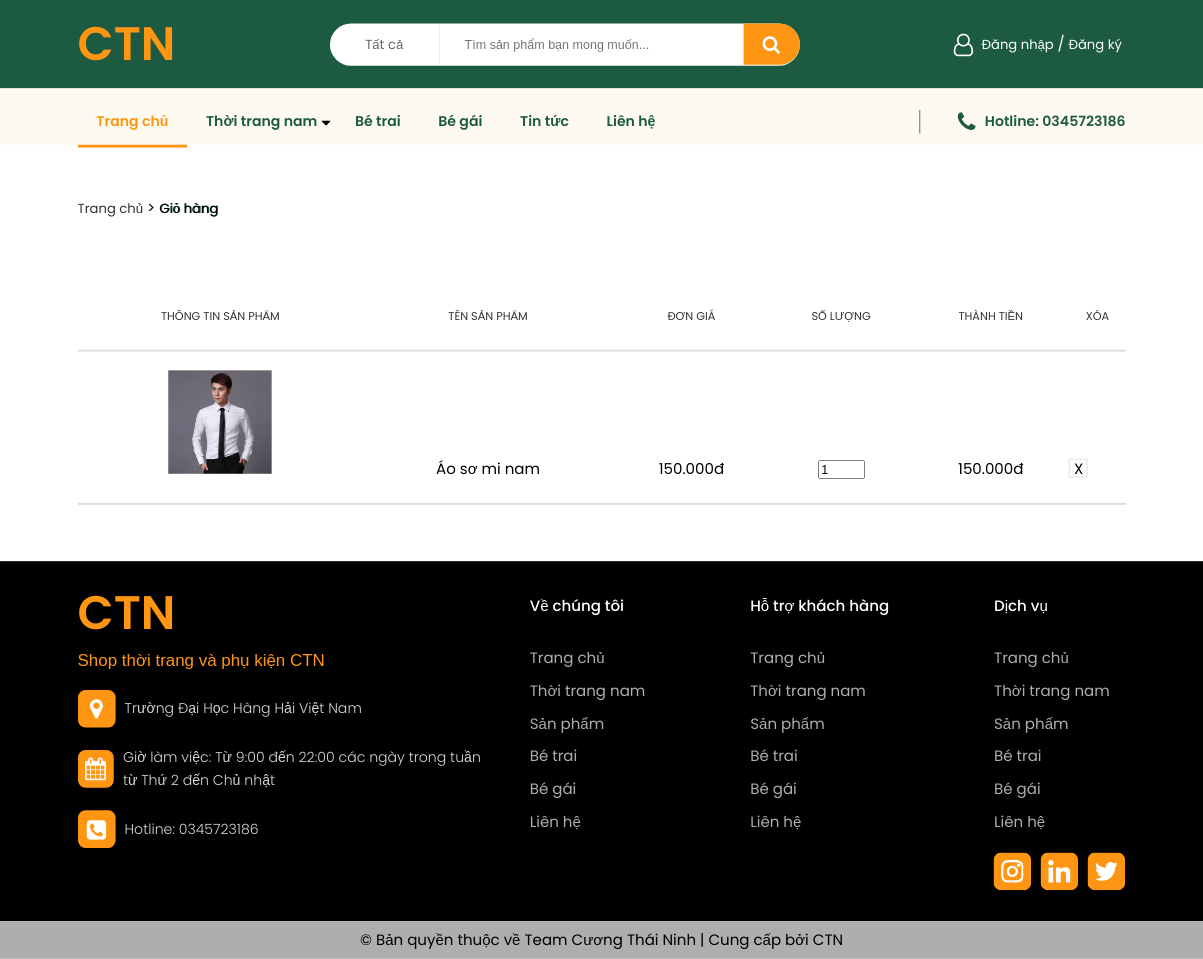
Repository: cuongchua2k2/BaiTapLon-web
Page: cart.html
These files come from the project's save history. The page is drawn as it stood at one moment and after the next save; the edit follows.
The browser window is 1280 px wide. The pictures show the whole page, at 94% of full size.

Above is the page before, as saved 2023-12-23 11:18:06.
Console error: TypeError: Cannot read properties of null (reading 'style')

### cart.html
<!DOCTYPE html>
<html lang="en">
  <head>
    <meta charset="UTF-8" />
    <meta name="viewport" content="width=device-width, initial-scale=1.0" />
    <!-- reset css -->
    <link rel="stylesheet" href="./assets/css/reset.css" />
    <!-- style css -->
    <link rel="stylesheet" href="./assets/css/style.css" />
    <!-- icon -->
    <link
      rel="stylesheet"
      href="https://cdnjs.cloudflare.com/ajax/libs/font-awesome/4.7.0/css/font-awesome.min.css"
    />
    <!-- font  -->
    <link rel="stylesheet" href="./assets/font/stylesheet.css" />
    <title>Bài tập lớn - shop bán quần áo</title>
    <script src="./assets/javascript/app.js"></script>
  </head>
  <body>
    <!-- header -->
    <div id="home"></div>
    <header>
      <div id="header">
        <div class="content">
          <!-- header-nav -->
          <div class="nav">
            <div class="nav__logo">
              <a href="./index.html"><span class="logo__content">CTN</span></a>
            </div>
            <!-- search -->
            <div class="nav__search">
              <p class="nav__desc">Tất cả</p>
              <input
                type="text"
                class="nav__txtsearch"
                placeholder="Tìm sản phẩm bạn mong muốn..."
              />
              <button class="nav__btn--search">
                <i class="fa fa-search" style="font-size: 20px"></i>
              </button>
            </div>
            <!-- login -->
            <div class="login">
              <i
                class="fa fa-user-o"
                style="font-size: 24px; color: #fff; margin-right: 5px"
              ></i>
              <a href="#!" class="btn btn-login">Đăng nhập</a>
              <span style="color: #fff">/</span>
              <a href="#!" class="btn btn-create">Đăng ký</a>
            </div>
          </div>
        </div>
      </div>
      <!-- navbar -->
      <div class="navbar">
        <div class="content navbar__content">
          <ul class="navbar__lv1">
            <li>
              <a href="./index.html" class="active lv1__item">Trang chủ</a>
            </li>
            <li class="lv2">
              <a href="#!" class="lv1__item">Thời trang nam</a>
              <i class="fa fa-sort-desc arrow"></i>
              <ul class="navbar__lv2">
                <li>
                  <a href="#!" class="lv1__item">Sơ mi nam</a>
                </li>
                <li>
                  <a href="#!" class="lv1__item">Quần âu nam</a>
                </li>
                <li>
                  <a href="#!" class="lv1__item">Quần short nam</a>
                </li>
              </ul>
            </li>
            <li>
              <a href="#!" class="lv1__item">Bé trai</a>
            </li>
            <li>
              <a href="#!" class="lv1__item">Bé gái</a>
            </li>
            <li>
              <a href="#!" class="lv1__item">Tin tức</a>
            </li>
            <li>
              <a href="#!" class="lv1__item">Liên hệ</a>
            </li>
          </ul>
          <div class="horizontal"></div>
          <a href="tel:0345723186" class="hotline">
            <i class="fa fa-phone" style="font-size: 24px; color: #1c5b41"></i>
            <span class="hotline__desc">Hotline: 0345723186</span>
          </a>
        </div>
      </div>
    </header>
    <!-- main cart -->
    <main>
      <div class="cart">
        <div class="content">
          <div class="cart__nav">
            <a href="./index.html" class="category__nav__home">Trang chủ</a>
            <span>&gt;</span>
            <span class="category__desc">Giỏ hàng</span>
          </div>
          <div class="cart__body">
            <table>
              <tr class="cart__product">
                <th class="cart__header">Thông tin sản phẩm</th>
                <th class="cart__header">Tên sản phẩm</th>
                <th class="cart__header">Đơn giá</th>
                <th class="cart__header">Số lượng</th>
                <th class="cart__header">Thành tiền</th>
                <th class="cart__header">Xóa</th>
              </tr>
              <tr class="cart__product">
                <td>
                  <img
                    src="./assets/img/ao-nam/20170217_0427bfbc9d71640bab001de0b67f8d7b_1487266014.jpg"
                    alt=""
                    class="cart__image"
                  />
                </td>
                <td>Áo sơ mi nam</td>
                <td>150.000<sub>đ</sub></td>
                <td><input type="number" value="1" min="1" /></td>
                <td>150.000<sub>đ</sub></td>
                <td><span>X</span></td>
              </tr>
            </table>
          </div>
        </div>
      </div>
    </main>
    <!-- footer -->
    <footer>
      <div class="footer-body">
        <div class="content footer__content">
          <div class="footer__left">
            <div class="nav__logo">
              <a href="./index.html"><span class="logo__content">CTN</span></a>
            </div>
            <p class="logo__desc">Shop thời trang và phụ kiện CTN</p>
            <div class="info-shop">
              <!-- location -->
              <i
                class="fa fa-map-marker info__icon"
                style="font-size: 24px"
              ></i>
              <span class="info-shop__desc"
                >Trường Đại Học Hàng Hải Việt Nam</span
              >
            </div>
            <!-- work time -->
            <div class="info-shop">
              <i class="fa fa-calendar info__icon" style="font-size: 24px"></i>
              <span class="info-shop__desc"
                >Giờ làm việc: Từ 9:00 đến 22:00 các ngày trong tuần từ Thứ 2
                đến Chủ nhật</span
              >
            </div>
            <!-- hotline -->
            <div class="info-shop">
              <i
                class="fa fa-phone-square info__icon"
                style="font-size: 24px"
              ></i>
              <a href="tel:0345723186" class="info-shop__desc"
                >Hotline: 0345723186</a
              >
            </div>
          </div>
          <div class="footer__right">
            <!-- menu 1 -->
            <ul class="menu">
              <li class="menu__title">Về chúng tôi</li>
              <li class="menu__item">
                <a href="./index.html">Trang chủ</a>
              </li>
              <li class="menu__item">
                <a href="#!">Thời trang nam</a>
              </li>
              <li class="menu__item">
                <a href="#!">Sản phẩm</a>
              </li>
              <li class="menu__item">
                <a href="#!">Bé trai</a>
              </li>
              <li class="menu__item">
                <a href="#!">Bé gái</a>
              </li>
              <li class="menu__item">
                <a href="#!">Liên hệ</a>
              </li>
            </ul>
            <!-- menu 2 -->
            <ul class="menu">
              <li class="menu__title">Hỗ trợ khách hàng</li>
              <li class="menu__item">
                <a href="./index.html">Trang chủ</a>
              </li>
              <li class="menu__item">
                <a href="#!">Thời trang nam</a>
              </li>
              <li class="menu__item">
                <a href="#!">Sản phẩm</a>
              </li>
              <li class="menu__item">
                <a href="#!">Bé trai</a>
              </li>
              <li class="menu__item">
                <a href="#!">Bé gái</a>
              </li>
              <li class="menu__item">
                <a href="#!">Liên hệ</a>
              </li>
            </ul>
            <!-- menu 3 -->
            <ul class="menu">
              <li class="menu__title">Dịch vụ</li>
              <li class="menu__item">
                <a href="./index.html">Trang chủ</a>
              </li>
              <li class="menu__item">
                <a href="#!">Thời trang nam</a>
              </li>
              <li class="menu__item">
                <a href="#!">Sản phẩm</a>
              </li>
              <li class="menu__item">
                <a href="#!">Bé trai</a>
              </li>
              <li class="menu__item">
                <a href="#!">Bé gái</a>
              </li>
              <li class="menu__item">
                <a href="#!">Liên hệ</a>
              </li>
              <li class="social-network">
                <a href="#!"
                  ><img
                    src="./assets/img/Instagram.svg"
                    alt=""
                    class="info__icon"
                /></a>
                <a href="#!"
                  ><img
                    src="./assets/img/linked_in.svg"
                    alt=""
                    class="info__icon"
                /></a>
                <a href="#!"
                  ><img
                    src="./assets/img/twitter.svg"
                    alt=""
                    class="info__icon"
                /></a>
              </li>
            </ul>
          </div>
        </div>
      </div>
      <div class="exclusive">
        <span class="exclusive__desc"
          >© Bản quyền thuộc về Team Cương Thái Ninh | Cung cấp bởi CTN
        </span>
      </div>
    </footer>
  </body>
</html>

### assets/css/style.css
:root {
  --primary-color: #fe9614;
}

* {
  box-sizing: border-box;
}

html,
body {
  scroll-behavior: smooth;
}

html {
  font-size: 62.5%;
}

body {
  font-family: "Poppins", sans-serif;
  font-size: 1.6rem;
  /* height: 5000px; */
}

/* =====================common ======================*/

a {
  text-decoration: none;
}

.content {
  width: 1115px;
  max-width: calc(100% - 48px);
  margin: 0px auto;
}

.btn {
  text-decoration: none;
  color: #fff;
  font-size: 1.4rem;
  font-weight: 400;
}

.btn:hover {
  opacity: 0.7;
  color: var(--primary-color);
}

/* =====================header========================= */

/* =========== header nav===============*/

header {
  position: sticky;
  top: -95px;
  z-index: 1;
}

#header {
  padding: 22px 0;
  background-color: #1c5b41;
}

.nav {
  display: flex;
  justify-content: space-between;
  align-items: center;
}

.logo__content {
  font-size: 5rem;
  font-weight: 600;
  color: var(--primary-color);
}

.nav__search {
  height: 45px;
  width: 500px;
  padding: 4px 0;
  display: flex;
  justify-content: space-between;
  align-items: center;
  background-color: #fff;
  border-radius: 999px;
}

.nav__desc {
  opacity: 0.7;
  padding: 13px 38px;
  font-size: 1.4rem;
  color: #212529;
  font-weight: 400;
  border-right: 1px solid #e5e5e5;
}

.nav__txtsearch {
  outline: none;
  width: 300px;
  height: 40px;
  padding: 15px;
  border: none;
}

.nav__btn--search {
  cursor: pointer;
  height: 44px;
  width: 60px;
  border-radius: 0 40px 40px 0;
  color: #fff;
  background: var(--primary-color);
  border: var(--primary-color);
}

.nav__btn--search:hover {
  background-color: #fff;
  color: var(--primary-color);
}

.login {
  display: flex;
  align-items: center;
}

.btn-login,
.btn-create {
  padding: 8px 4px;
}

/* ===========navbar=============== */

.navbar {
  background-color: #fffaf0;
  padding: 5px 10px;
  height: 60px;
}

.navbar__content {
  display: flex;
  align-items: center;
  justify-content: space-between;
  line-height: 60px;
}

.horizontal {
  height: 25px;
  opacity: 0.7;
  width: 1px;
  background-color: #212529;
  margin-left: auto;
}

.navbar__lv1 {
  display: flex;
}

.lv1__item {
  padding: 15px 20px;
  font-weight: 600;
  font-size: 1.5rem;
  color: #1c5b41;
}

.lv1__item:hover {
  color: var(--primary-color);
}

.hotline {
  display: flex;
  align-items: center;
  margin-left: 40px;
}

.hotline__desc {
  margin-left: 10px;
  font-weight: 600;
  font-size: 1.5rem;
  color: #1c5b41;
}

.hotline__desc:hover {
  color: var(--primary-color);
}

.lv2 {
  position: relative;
}

.navbar__lv2 {
  display: none;
  margin-top: -7px;
  position: absolute;
  background-color: #fff;
  min-width: 200px;
  transform: perspective(600px) rotateX(0deg);
  z-index: 1;
}

.navbar__lv2 > li:not(:first-child) {
  border-top: 1px solid #666;
}

.navbar__lv2 > li > .lv1__item {
  display: inline-block;
  padding: 0 30px;
}

.lv2:hover .navbar__lv2 {
  display: block;
}

.arrow {
  position: absolute;
  top: 20px;
  right: 6px;
}

.lv1__item.active {
  color: var(--primary-color);
  border-bottom: 3px solid var(--primary-color);
}

/* ======================================main================== */

/* ==================banner================ */

.banner {
  background-color: #9f9b8f;
}

.banner__content {
  position: relative;
  overflow: hidden;
}

.banner__list {
  display: flex;
  transition: all 0.5s ease-in-out;
}

.banner__image {
  display: block;
  width: 100%;
  object-fit: cover;
  background-size: cover;
}

.dot__list {
  position: absolute;
  left: 50%;
  bottom: 0;
}

.dot {
  cursor: pointer;
  display: inline-block;
  height: 10px;
  width: 10px;
  border-radius: 50%;
  background-color: #6c757d;
}

.dot__active {
  background-color: var(--primary-color);
}

.dot:hover {
  background-color: var(--primary-color);
}

/* sale */

.sale {
  background-color: var(--primary-color);
}

.sale__image {
  width: 100%;
}

/* ===============product-hot============== */

.product-hot {
  padding: 50px 0;
  background-color: #fffaf0;
}

.title-section {
  position: relative;
  margin-bottom: 60px;
  font-family: "Montserrat", sans-serif;
  font-weight: 700;
  letter-spacing: 0;
  font-size: 4rem;
  color: #1c5b41;
}

.title-section::before {
  position: absolute;
  top: -20px;
  display: inline-block;
  content: "";
  height: 3px;
  width: 110px;
  background-color: var(--primary-color);
}

.product__list {
  width: 100%;
  display: flex;
  /* justify-content: space-between; */
  flex-wrap: wrap;
  gap: 25px 25px;
}

.product__image {
  height: 200px;
  width: 200px;
  object-fit: cover;
  border-radius: 10px;
}

.product__desc {
  margin: 10px 0;
  overflow: hidden;
  white-space: nowrap;
  color: #454545;
  font-weight: 300;
  font-size: 1.4rem;
  line-height: 20px;
}

.price {
  font-size: 1.6rem;
  line-height: 20px;
  color: var(--primary-color);
}

.cta {
  text-align: center;
  margin-top: 60px;
}

.btn__view-all {
  display: inline-block;
  padding: 20px 70px;
  font-weight: 700;
  font-size: 1.8rem;
  line-height: 22px;
  color: #fff;
  background: #1c5b41;
  border-radius: 10px;
}

.btn__view-all:hover {
  opacity: 1;
  background-color: var(--primary-color);
  color: #fff;
}

/*==================== product new================= */

.product-new {
  padding: 90px 0;
}

.product-new__body {
  display: flex;
  justify-content: space-between;
  align-items: flex-start;
}

.body__left {
  width: 40%;
}

.body__right {
  margin-left: 30px;
  width: 60%;
}

.product-new__image {
  width: 100%;
  height: 545px;
  object-fit: cover;
  border-radius: 10px;
}

/*=========================== product same price========================== */

.same-price {
  background-color: #1c5b41;
  padding: 60px 0;
}

.same-price__banner {
  width: 100%;
  height: auto;
  border-radius: 10px;
  margin-bottom: 20px;
}

.same-price__title {
  color: #fff;
}

.btn__same-price {
  display: inline-block;
  padding: 20px 70px;
  font-weight: 700;
  font-size: 1.8rem;
  line-height: 22px;
  color: #fff;
  background: var(--primary-color);
  border-radius: 10px;
}

.btn__same-price:hover {
  opacity: 1;
  background-color: #fff;
  color: var(--primary-color);
}

.same-price__desc {
  color: #fff !important;
}

.product__item {
  position: relative;
}

.buy-product {
  display: none;
  width: 100%;
  padding: 7px;
  position: absolute;
  top: 163px;
  border-radius: 0 0 10px 10px;
  background-color: #6c757d;
}

.product__item:hover .buy-product {
  display: inline-flex;
  align-items: center;
  justify-content: center;
}

.buy-product:hover {
  background-color: var(--primary-color);
}

.buy-product__desc {
  color: #fff;
  font-size: 1.4rem;
  margin-left: 3px;
}

/* ==============good price====================== */

.good-price {
  background-color: #fffaf0;
}

/* ============all local brand */

.brand__img {
  width: 100%;
  object-fit: cover;
}

/* ===========================footer======================= */

.footer-body {
  padding: 30px 0;
  background-color: #000;
}
.footer__content {
  display: flex;
  align-items: flex-start;
}

.footer__left {
  width: 40%;
  margin-right: 35px;
}

.logo__desc {
  font-family: "Montserrat", sans-serif;
  font-weight: 500;
  font-size: 1.8rem;
  line-height: 22px;
  color: #fe9614;
  margin-top: 15px;
}

.info-shop {
  margin-top: 20px;
  display: flex;
  align-items: center;
}

.info__icon {
  text-align: center;
  width: 40px;
  height: 40px;
  padding: 8px;
  line-height: 40px;
  border-radius: 8px;
  color: #fff;
  background-color: var(--primary-color);
}

.info-shop__desc {
  margin-left: 10px;
  font-size: 1.5rem;
  line-height: 1.6;
  color: #ffffffd6;
  font-weight: 300;
}

.footer__right {
  width: calc(60% - 35px);
  display: flex;
  justify-content: space-between;
  gap: 0 20px;
}

.menu__title {
  font-weight: 500;
  font-size: 1.6rem;
  line-height: 35px;
  color: #ffffff;
  margin-bottom: 20px;
}

.menu__item > a {
  font-weight: 400;
  font-size: 1.6rem;
  line-height: 35px;
  color: #aeaeae;
}

.menu__item > a:hover {
  color: var(--primary-color);
}

.social-network {
  margin-top: 15px;
  display: flex;
  gap: 10px;
}

.exclusive {
  background-color: #aeaeae;
  padding: 12px 0;
  text-align: center;
}

/* ==================================category========================== */

.category {
  padding: 60px 0;
}

.category__nav {
  display: flex;
  align-items: center;
  gap: 0 20px;
  margin-bottom: 30px;
}

.category__nav__home {
  color: #333;
  font-size: 1.4rem;
}

.category__desc {
  font-size: 1.4rem;
  text-shadow: 1px 0 0 #1c5b41;
}

.category__nav__home:hover,
.category__desc-home:hover {
  text-shadow: 1px 0 0 #1c5b41;
}

/* ================product==================== */

.product {
  padding: 60px 0;
}

.category__desc-home {
  color: #333;
  text-shadow: none;
}

.product-content {
  font-family: "Montserrat", sans-serif;
  display: flex;
  align-items: flex-start;
  justify-content: space-between;
  gap: 0 30px;
}

.product-left,
.product-right {
  width: 50%;
}

.product-big-image {
  border-radius: 10px;
  width: 100%;
  height: auto;
  object-fit: cover;
}

.product-title {
  font-weight: 600;
  font-size: 2.2rem;
  line-height: 27px;
  color: #000000;
  margin-bottom: 10px;
}

.product__desc {
  font-weight: 500;
  font-size: 1.5rem;
  line-height: 18px;
  color: #484848;
  margin-bottom: 20px;
}

.product__price {
  font-weight: 700;
  font-size: 2.8rem;
  line-height: 34px;
  text-transform: uppercase;
  color: #ff6563;
}

.row {
  display: flex;
  align-items: center;
  margin-top: 30px;
  gap: 0 20px;
}

.product__icon {
  width: 55px;
  height: 55px;
}

.product__info__desc {
  display: block;
  font-weight: 700;
  font-size: 1.6rem;
  line-height: 162.9%;
  color: #484848;
}

.product__info__sub {
  display: block;
  width: 100%;
  font-weight: 500;
  font-size: 1.6rem;
  line-height: 162.9%;
  color: #484848;
}

.cta-buy-product {
  margin-top: 30px;
}

.choose-quantity {
  display: inline-block;
  border: 1px solid #cfcdc6;
  border-collapse: collapse;
  border-radius: 3px;
}

.minus-quantity,
.add-quantity {
  cursor: pointer;
  padding: 10px 15px;
  color: #ee4f83;
  border: none;
}

.txt-quantity {
  border: 1px solid #cfcdc6;
  text-align: center;
  outline: none;
  border: none;
}
label {
  font-size: 1.6rem;
  color: #212529;
}

.button {
  margin-top: 30px;
}

.buy-now,
.add-cart {
  border-radius: 10px;
  font-size: 1.6rem;
  max-width: 370px;
  margin-top: 10px;
  text-align: center;
  display: block;
  background-color: #1c5b41;
  padding: 20px;
}

.add-cart {
  background-color: #fff;
  color: #1c5b41;
  border: 1px solid #1c5b41;
}

.buy-now:hover,
.add-cart:hover {
  background-color: var(--primary-color);
  color: #fff;
  border: none;
}

/* ====================cart=================== */

.cart {
  padding: 60px 0;
}

.cart__body {
  margin-top: 100px;
}

.cart__body table {
  width: 100%;
  text-align: center;
}

.cart__product td {
  padding: 20px 0;
  border-bottom: 2px solid #dddddd;
  line-height: 200%;
}

.cart__product input {
  width: 50px;
}

.cart__product span {
  display: block;
  width: 20px;
  height: 20px;
  line-height: 20px;
  border: 1px solid #dddddd;
  text-align: center;
  cursor: pointer;
}

.cart__product span:hover {
  color: #fff;
  background-color: #1c5b41;
}

.cart__image {
  width: 110px;
  height: 110px;
  object-fit: cover;
}

.cart__header {
  text-align: center;
  padding-bottom: 30px;
  font-size: 12px;
  text-transform: uppercase;
  color: #333;
  border-bottom: 2px solid #dddddd;
  border-collapse: collapse;
}

Loaded but not shown: assets/css/reset.css (common file); assets/javascript/app.js (42 lines, source omitted); assets/font/stylesheet.css (161 lines, source omitted)

After the next save:
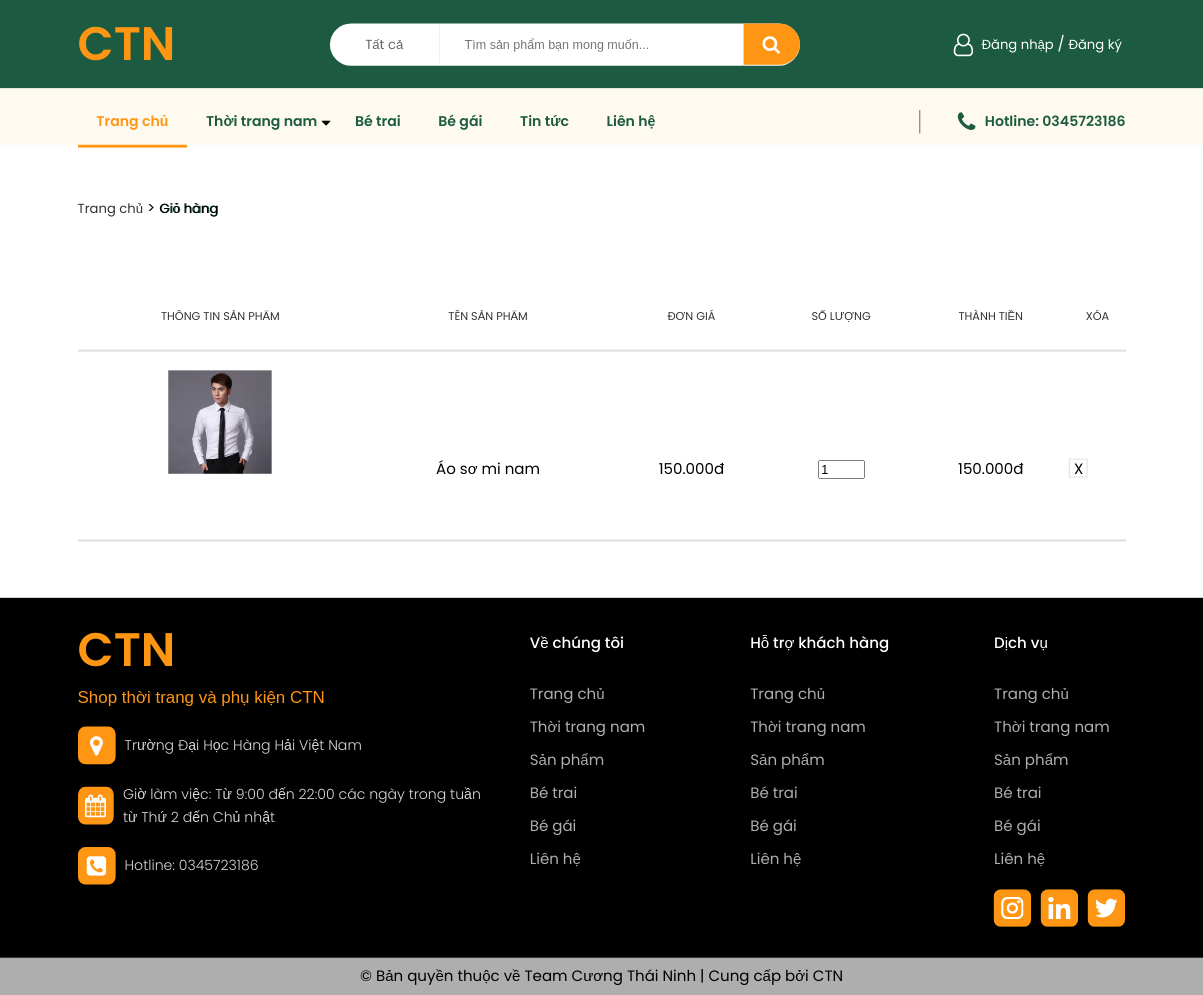
Saved 5 min 10 s later.
--- a/assets/css/style.css
+++ b/assets/css/style.css
@@ -743,7 +743,7 @@ label {
 .cart__product td {
   padding: 20px 0;
   border-bottom: 2px solid #dddddd;
-  line-height: 200%;
+  line-height: 110px;
 }
 
 .cart__product input {
